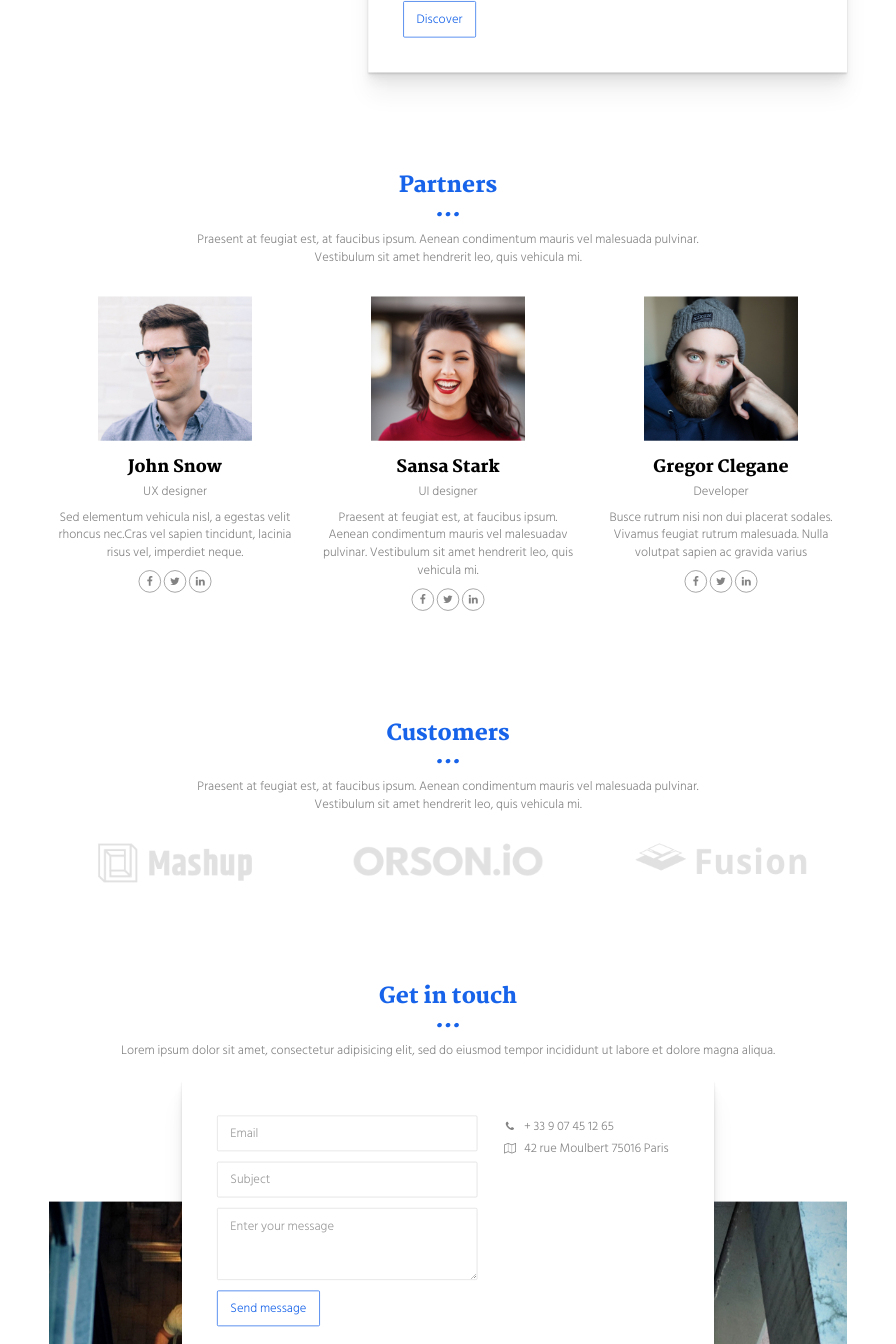
Repository: KevinBach02/KevinBach02.github.io
Page: index.html
The author's editor kept a record of every edit. The page is drawn from the files as they stood at one moment, then again after the next edit.
The browser window is 1280 px wide. The pictures show the part of the page from y = 1722 to 3642 px (the page is 3898 px tall before and 2036 px after), at 70% of full size.

Above is the page before.

### index.html
<!DOCTYPE html>
<html lang="en">

<head>
  <meta charset="UTF-8">
  <meta content="IE=edge" http-equiv="X-UA-Compatible">
  <meta content="width=device-width,initial-scale=1" name="viewport">
  <meta content="description" name="description">
  <meta name="google" content="notranslate" />
  <meta content="Mashup templates have been developped by Orson.io team" name="author">

  <!-- Disable tap highlight on IE -->
  <meta name="msapplication-tap-highlight" content="no">


  <link rel="apple-touch-icon" sizes="180x180" href="./assets/apple-icon-180x180.png">
  <link href="./assets/favicon.ico" rel="icon">

  <link href="" rel="stylesheet">


  <title>Title page</title>

<link href="./main.550dcf66.css" rel="stylesheet"></head>

<body> <!-- Add your content of header -->
<header>
  <nav class="navbar navbar-default active">
    <div class="container">
      <div class="navbar-header">
        <button type="button" class="navbar-toggle collapsed" data-toggle="collapse" data-target="#navbar-collapse" aria-expanded="false">
          <span class="sr-only">Toggle navigation</span>
          <span class="icon-bar"></span>
          <span class="icon-bar"></span>
          <span class="icon-bar"></span>
        </button>
        <a class="navbar-brand" href="./index.html" title="">
          <img src="./assets/images/mashup-icon.svg" class="navbar-logo-img" alt="">
          CVHS COMPUTER SCIENCE
        </a>
      </div>

      <div class="collapse navbar-collapse" id="navbar-collapse">
        <ul class="nav navbar-nav navbar-right">
          <li><a href="./index.html" title="">Home</a></li>
          <li><a href="./project.html" title="">Project</a></li>
          <li>
            <p>
              <a href="./components.html" class="btn btn-default navbar-btn" title="">Components</a>
            </p>
          </li>

        </ul>
      </div>
    </div>
  </nav>
</header>

<!-- Add your site or app content here -->
  <div class="hero-full-container background-image-container white-text-container">
    <div class="container">
      <div class="row">
        <div class="col-xs-12">
          <h1>CVHS COMPUTER SCIENCE</h1>
          <p>WELCOME TO MY WEBSITE</p>
          <br>
          <a href="./project.html" class="btn btn-default btn-lg" title="">Discover</a>
        </div>
      </div>
    </div>
  </div>

  <div class="section-container">
    <div class="container">
      <div class="row">
        <div class="col-xs-12 col-md-8 col-md-offset-2">
          <div class="text-center">
            <h2>About Us</h2>
            <p>Lorem ipsum dolor sit amet, consectetur adipiscing elit. Maecenas luctus at sem quis varius.
            <br>
            Class aptent taciti sociosqu ad litora torquent per conubia nostra, per inceptos himenaeos. Phasellus iaculis magna sagittis elit sagittis, at hendrerit lorem venenatis. Morbi accumsan iaculis blandit. Cras ultrices hendrerit nisl.</p>
          </div>
       </div>
      </div>
    </div>
  </div>

  <div class="section-container">
    <div class="container">
      <div class="row">
          <div class="col-xs-12">


            <div id="carousel-example-generic" class="carousel carousel-fade slide" data-ride="carousel">

                <div class="carousel-inner" role="listbox">

                    <div class="item active">
                        <img class="img-responsive" src="./assets/images/img-06.jpg" alt="First slide">
                        <div class="carousel-caption card-shadow reveal">

                          <h3>Moon</h3>
                          <a class="left carousel-control" href="#carousel-example-generic" role="button" data-slide="prev">
                            <i class="fa fa-chevron-left" aria-hidden="true"></i>
                            <span class="sr-only">Previous</span>
                          </a>
                          <a class="right carousel-control" href="#carousel-example-generic" role="button" data-slide="next">
                            <i class="fa fa-chevron-right" aria-hidden="true"></i>
                            <span class="sr-only">Next</span>
                          </a>
                          <p>
                            Sed id tellus in risus pre
                            tium imperdiet eu lobortis dolor. Sed pellentesque, urna ac viverra lacinia, erat mauris venenatis purus, mollis egestas urna purus ac ex.
                            Aenean nunc sem, lobortis at elit non, lobortis laoreet nibh. Maecenas at mi ipsum.
                          </p>

                          <p>
                            Quisque tempor, ligula pharetra luctus elementum, arcu nisl suscipit ante, pharetra commodo dui est et enim. Sed eu vestibulum elit. Donec ut libero non.
                          </p>
                          <a href="./project.html" class="btn btn-primary" title="">
                            Discover
                          </a>
                        </div>
                    </div>
                    <div class="item">
                        <img class="img-responsive" src="./assets/images/img-07.jpg" alt="First slide">
                        <div class="carousel-caption card-shadow reveal">

                          <h3>Lbortis</h3>
                            <a class="left carousel-control" href="#carousel-example-generic" role="button" data-slide="prev">
                              <i class="fa fa-chevron-left" aria-hidden="true"></i>
                              <span class="sr-only">Previous</span>
                            </a>
                            <a class="right carousel-control" href="#carousel-example-generic" role="button" data-slide="next">
                              <i class="fa fa-chevron-right" aria-hidden="true"></i>
                              <span class="sr-only">Next</span>
                            </a>
                          <p>
                            Pre id tellus in risus pre
                            tium imperdiet eu lobortis dolor. Sed pellentesque, urna ac viverra lacinia, erat mauris venenatis purus, mollis egestas urna purus ac ex.
                            Aenean nunc sem, lobortis at elit non, lobortis laoreet nibh. Maecenas at mi ipsum.
                          </p>

                          <p>
                            Quisque tempor, ligula pharetra luctus elementum, arcu nisl suscipit ante, pharetra commodo dui est et enim. Sed eu vestibulum elit. Donec ut libero non.
                          </p>
                          <a href="./project.html" class="btn btn-primary" title="">
                            Discover
                          </a>
                        </div>
                    </div>
                </div>

            </div>


          </div>

        </div>

    </div>
  </div>

  <div class="section-container">
    <div class="container text-center">
      <div class="row section-container-spacer">
        <div class="col-xs-12 col-md-12">
          <h2>Partners</h2>
          <p>Praesent at feugiat est, at faucibus ipsum. Aenean condimentum mauris vel malesuada pulvinar. <br>Vestibulum sit amet hendrerit leo, quis vehicula mi.</p>
        </div>
      </div>
      <div class="row">
        <div class="col-xs-12 col-md-4">
          <img src="./assets/images/profil-01.jpg" alt="" class="reveal img-responsive reveal-content image-center">
          <h3>John Snow</h3>
          <h4>UX designer</h4>
          <p>Sed elementum vehicula nisl, a egestas velit rhoncus nec.Cras vel sapien tincidunt, lacinia risus vel, imperdiet neque.</p>
          <p>
            <a href="https://facebook.com/" class="social-round-icon fa-icon" title="">
              <i class="fa fa-facebook" aria-hidden="true"></i>
            </a>
            <a href="https://twitter.com/" class="social-round-icon fa-icon" title="">
              <i class="fa fa-twitter" aria-hidden="true"></i>
            </a>
            <a href="https://www.linkedin.com/" class="social-round-icon fa-icon" title="">
              <i class="fa fa-linkedin" aria-hidden="true"></i>
            </a>
          </p>
        </div>

        <div class="col-xs-12 col-md-4">
          <img src="./assets/images/profil-02.jpg" alt="" class="reveal img-responsive reveal-content image-center">
          <h3>Sansa Stark</h3>
          <h4>UI designer</h4>
          <p>Praesent at feugiat est, at faucibus ipsum. Aenean condimentum mauris vel malesuadav pulvinar. Vestibulum sit amet hendrerit leo, quis vehicula mi.</p>
          <p>
            <a href="https://facebook.com/" class="social-round-icon fa-icon" title="">
              <i class="fa fa-facebook" aria-hidden="true"></i>
            </a>
            <a href="https://twitter.com/" class="social-round-icon fa-icon" title="">
              <i class="fa fa-twitter" aria-hidden="true"></i>
            </a>
            <a href="https://www.linkedin.com/" class="social-round-icon fa-icon" title="">
              <i class="fa fa-linkedin" aria-hidden="true"></i>
            </a>
          </p>
        </div>
        <div class="col-xs-12 col-md-4">
          <img src="./assets/images/profil-03.jpg" alt="" class="reveal img-responsive reveal-content image-center">
          <h3>Gregor Clegane</h3>
          <h4>Developer</h4>
          <p>Busce rutrum nisi non dui placerat sodales. Vivamus feugiat rutrum malesuada. Nulla volutpat sapien ac gravida varius</p>
          <p>
            <a href="https://facebook.com/" class="social-round-icon fa-icon" title="">
              <i class="fa fa-facebook" aria-hidden="true"></i>
            </a>
            <a href="https://twitter.com/" class="social-round-icon fa-icon" title="">
              <i class="fa fa-twitter" aria-hidden="true"></i>
            </a>
            <a href="https://www.linkedin.com/" class="social-round-icon fa-icon" title="">
              <i class="fa fa-linkedin" aria-hidden="true"></i>
            </a>
          </p>
        </div>
      </div>
    </div>
  </div>

  <div class="section-container">
    <div class="container text-center">
      <div class="row section-container-spacer">
        <div class="col-xs-12 col-md-12">
          <h2 class="text-center">Customers</h2>
          <p>Praesent at feugiat est, at faucibus ipsum. Aenean condimentum mauris vel malesuada pulvinar. <br>Vestibulum sit amet hendrerit leo, quis vehicula mi.</p>
        </div>
      </div>
      <div class="row">
        <div class="col-xs-12 col-md-4">
          <img src="./assets/images/logo-01.png" alt="" class="img-responsive reveal-content image-center">

        </div>

        <div class="col-xs-12 col-md-4">
          <img src="./assets/images/logo-02.png" alt="" class="img-responsive reveal-content image-center">
        </div>
        <div class="col-xs-12 col-md-4">
          <img src="./assets/images/logo-03.png" alt="" class="img-responsive reveal-content image-center">
        </div>
      </div>
    </div>
  </div>


  <div class="section-container contact-container">
    <div class="container">
      <div class="row">
        <div class="col-xs-12 col-md-12">
          <div class="section-container-spacer">
            <h2 class="text-center">Get in touch</h2>
            <p class="text-center">Lorem ipsum dolor sit amet, consectetur adipisicing elit, sed do eiusmod
            tempor incididunt ut labore et dolore magna aliqua.</p>
          </div>
          <div class="card-container">
            <div class="card card-shadow col-xs-10 col-xs-offset-1 col-md-8 col-md-offset-2 reveal">
              <form action="" class="reveal-content">
                <div class="row">
                  <div class="col-md-7">
                    <div class="form-group">
                      <input type="email" class="form-control" id="email" placeholder="Email">
                    </div>
                    <div class="form-group">
                      <input type="text" class="form-control" id="subject" placeholder="Subject">
                    </div>
                    <div class="form-group">
                      <textarea class="form-control" rows="3" placeholder="Enter your message"></textarea>
                    </div>
                    <button type="submit" class="btn btn-primary">Send message</button>
                  </div>
                  <div class="col-md-5">
                    <ul class="list-unstyled address-container">
                      <li>
                        <span class="fa-icon">
                          <i class="fa fa-phone" aria-hidden="true"></i>
                        </span>
                        + 33 9 07 45 12 65
                      </li>
                      <li>
                        <span class="fa-icon">
                          <i class="fa fa fa-map-o" aria-hidden="true"></i>
                        </span>
                        42 rue Moulbert 75016 Paris
                      </li>
                    </ul>
                  </div>
                </div>
              </form>
            </div>
            <div class="card-image col-xs-12" style="background-image: url('/assets/images/img-01.jpg')">
            </div>
          </div>
        </div>
      </div>
    </div>
  </div>

<script>
  document.addEventListener("DOMContentLoaded", function (event) {
    navbarFixedTopAnimation();
  });
</script>

<script>
  document.addEventListener("DOMContentLoaded", function (event) {
    navActivePage();
    scrollRevelation('.reveal');
  });
</script>

<!-- Google Analytics: change UA-XXXXX-X to be your site's ID

<script>
  (function (i, s, o, g, r, a, m) {
    i['GoogleAnalyticsObject'] = r; i[r] = i[r] || function () {
      (i[r].q = i[r].q || []).push(arguments)
    }, i[r].l = 1 * new Date(); a = s.createElement(o),
      m = s.getElementsByTagName(o)[0]; a.async = 1; a.src = g; m.parentNode.insertBefore(a, m)
  })(window, document, 'script', '//www.google-analytics.com/analytics.js', 'ga');
  ga('create', 'UA-XXXXX-X', 'auto');
  ga('send', 'pageview');
</script>

--> <script type="text/javascript" src="./main.0cf8b554.js"></script></body>

</html>

Loaded but not shown: main.550dcf66.css (library); main.0cf8b554.js (library)

After the next edit:
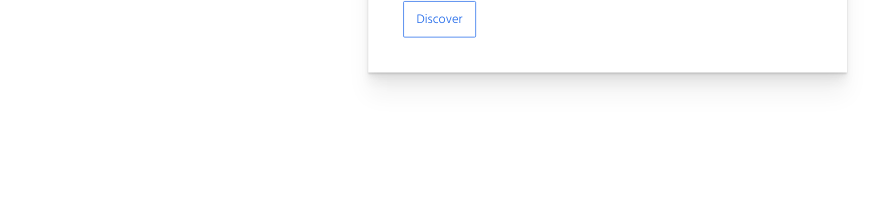
The edit:
--- a/index.html
+++ b/index.html
@@ -165,143 +165,6 @@
     <div class="container text-center">
       <div class="row section-container-spacer">
         <div class="col-xs-12 col-md-12">
-          <h2>Partners</h2>
-          <p>Praesent at feugiat est, at faucibus ipsum. Aenean condimentum mauris vel malesuada pulvinar. <br>Vestibulum sit amet hendrerit leo, quis vehicula mi.</p>
-        </div>
-      </div>
-      <div class="row">
-        <div class="col-xs-12 col-md-4">
-          <img src="./assets/images/profil-01.jpg" alt="" class="reveal img-responsive reveal-content image-center">
-          <h3>John Snow</h3>
-          <h4>UX designer</h4>
-          <p>Sed elementum vehicula nisl, a egestas velit rhoncus nec.Cras vel sapien tincidunt, lacinia risus vel, imperdiet neque.</p>
-          <p>
-            <a href="https://facebook.com/" class="social-round-icon fa-icon" title="">
-              <i class="fa fa-facebook" aria-hidden="true"></i>
-            </a>
-            <a href="https://twitter.com/" class="social-round-icon fa-icon" title="">
-              <i class="fa fa-twitter" aria-hidden="true"></i>
-            </a>
-            <a href="https://www.linkedin.com/" class="social-round-icon fa-icon" title="">
-              <i class="fa fa-linkedin" aria-hidden="true"></i>
-            </a>
-          </p>
-        </div>
-
-        <div class="col-xs-12 col-md-4">
-          <img src="./assets/images/profil-02.jpg" alt="" class="reveal img-responsive reveal-content image-center">
-          <h3>Sansa Stark</h3>
-          <h4>UI designer</h4>
-          <p>Praesent at feugiat est, at faucibus ipsum. Aenean condimentum mauris vel malesuadav pulvinar. Vestibulum sit amet hendrerit leo, quis vehicula mi.</p>
-          <p>
-            <a href="https://facebook.com/" class="social-round-icon fa-icon" title="">
-              <i class="fa fa-facebook" aria-hidden="true"></i>
-            </a>
-            <a href="https://twitter.com/" class="social-round-icon fa-icon" title="">
-              <i class="fa fa-twitter" aria-hidden="true"></i>
-            </a>
-            <a href="https://www.linkedin.com/" class="social-round-icon fa-icon" title="">
-              <i class="fa fa-linkedin" aria-hidden="true"></i>
-            </a>
-          </p>
-        </div>
-        <div class="col-xs-12 col-md-4">
-          <img src="./assets/images/profil-03.jpg" alt="" class="reveal img-responsive reveal-content image-center">
-          <h3>Gregor Clegane</h3>
-          <h4>Developer</h4>
-          <p>Busce rutrum nisi non dui placerat sodales. Vivamus feugiat rutrum malesuada. Nulla volutpat sapien ac gravida varius</p>
-          <p>
-            <a href="https://facebook.com/" class="social-round-icon fa-icon" title="">
-              <i class="fa fa-facebook" aria-hidden="true"></i>
-            </a>
-            <a href="https://twitter.com/" class="social-round-icon fa-icon" title="">
-              <i class="fa fa-twitter" aria-hidden="true"></i>
-            </a>
-            <a href="https://www.linkedin.com/" class="social-round-icon fa-icon" title="">
-              <i class="fa fa-linkedin" aria-hidden="true"></i>
-            </a>
-          </p>
-        </div>
-      </div>
-    </div>
-  </div>
-
-  <div class="section-container">
-    <div class="container text-center">
-      <div class="row section-container-spacer">
-        <div class="col-xs-12 col-md-12">
-          <h2 class="text-center">Customers</h2>
-          <p>Praesent at feugiat est, at faucibus ipsum. Aenean condimentum mauris vel malesuada pulvinar. <br>Vestibulum sit amet hendrerit leo, quis vehicula mi.</p>
-        </div>
-      </div>
-      <div class="row">
-        <div class="col-xs-12 col-md-4">
-          <img src="./assets/images/logo-01.png" alt="" class="img-responsive reveal-content image-center">
-
-        </div>
-
-        <div class="col-xs-12 col-md-4">
-          <img src="./assets/images/logo-02.png" alt="" class="img-responsive reveal-content image-center">
-        </div>
-        <div class="col-xs-12 col-md-4">
-          <img src="./assets/images/logo-03.png" alt="" class="img-responsive reveal-content image-center">
-        </div>
-      </div>
-    </div>
-  </div>
-
-
-  <div class="section-container contact-container">
-    <div class="container">
-      <div class="row">
-        <div class="col-xs-12 col-md-12">
-          <div class="section-container-spacer">
-            <h2 class="text-center">Get in touch</h2>
-            <p class="text-center">Lorem ipsum dolor sit amet, consectetur adipisicing elit, sed do eiusmod
-            tempor incididunt ut labore et dolore magna aliqua.</p>
-          </div>
-          <div class="card-container">
-            <div class="card card-shadow col-xs-10 col-xs-offset-1 col-md-8 col-md-offset-2 reveal">
-              <form action="" class="reveal-content">
-                <div class="row">
-                  <div class="col-md-7">
-                    <div class="form-group">
-                      <input type="email" class="form-control" id="email" placeholder="Email">
-                    </div>
-                    <div class="form-group">
-                      <input type="text" class="form-control" id="subject" placeholder="Subject">
-                    </div>
-                    <div class="form-group">
-                      <textarea class="form-control" rows="3" placeholder="Enter your message"></textarea>
-                    </div>
-                    <button type="submit" class="btn btn-primary">Send message</button>
-                  </div>
-                  <div class="col-md-5">
-                    <ul class="list-unstyled address-container">
-                      <li>
-                        <span class="fa-icon">
-                          <i class="fa fa-phone" aria-hidden="true"></i>
-                        </span>
-                        + 33 9 07 45 12 65
-                      </li>
-                      <li>
-                        <span class="fa-icon">
-                          <i class="fa fa fa-map-o" aria-hidden="true"></i>
-                        </span>
-                        42 rue Moulbert 75016 Paris
-                      </li>
-                    </ul>
-                  </div>
-                </div>
-              </form>
-            </div>
-            <div class="card-image col-xs-12" style="background-image: url('/assets/images/img-01.jpg')">
-            </div>
-          </div>
-        </div>
-      </div>
-    </div>
-  </div>
 
 <script>
   document.addEventListener("DOMContentLoaded", function (event) {
